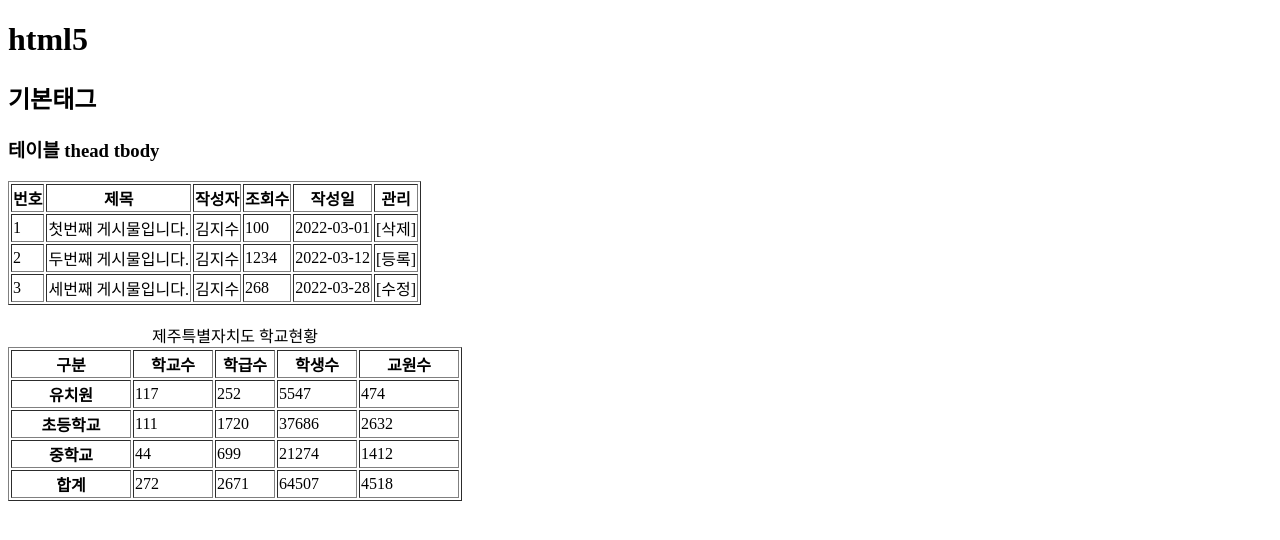
Repository: jeemaru/htme_01
Page: html_01/ex07.html
These files come from the project's save history. The page is drawn as it stood at one moment and after the next save; the edit follows.
The browser window is 1280 px wide. The pictures show the whole page.

Above is the page before, as saved 2022-04-01 05:50:22.

After the next save:
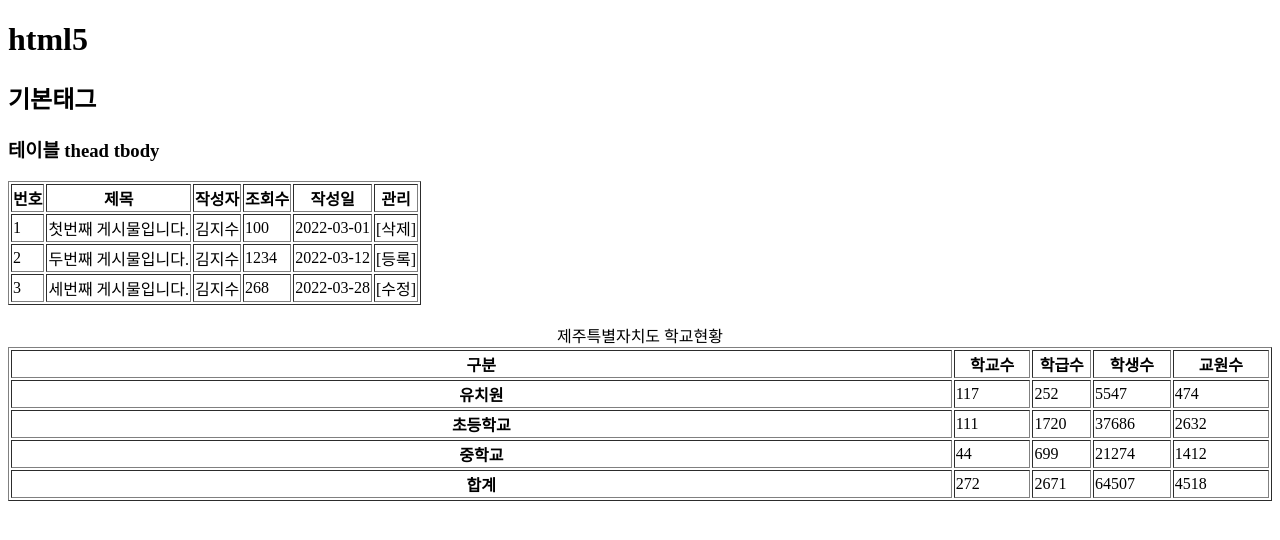
Saved 3 min 54 s later.
--- a/html_01/ex07.html
+++ b/html_01/ex07.html
@@ -57,7 +57,7 @@
 
 		<table border="1">
 			<colgroup>
-				<col style="width: 120px;">
+				<col style="width: 1000px;">
 				<col style="width: 80px;">
 				<col style="width: 60px;">
 				<col style="width: 80px;">

After the save that followed:
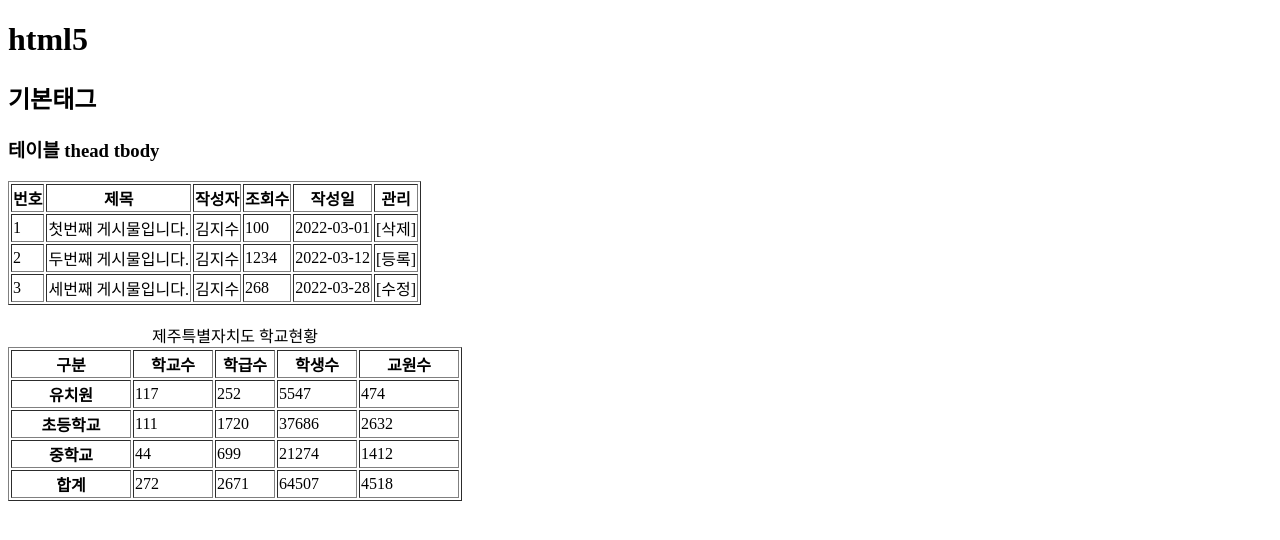
Saved 26 s later.
--- a/html_01/ex07.html
+++ b/html_01/ex07.html
@@ -57,7 +57,7 @@
 
 		<table border="1">
 			<colgroup>
-				<col style="width: 1000px;">
+				<col style="width: 120px;">
 				<col style="width: 80px;">
 				<col style="width: 60px;">
 				<col style="width: 80px;">
